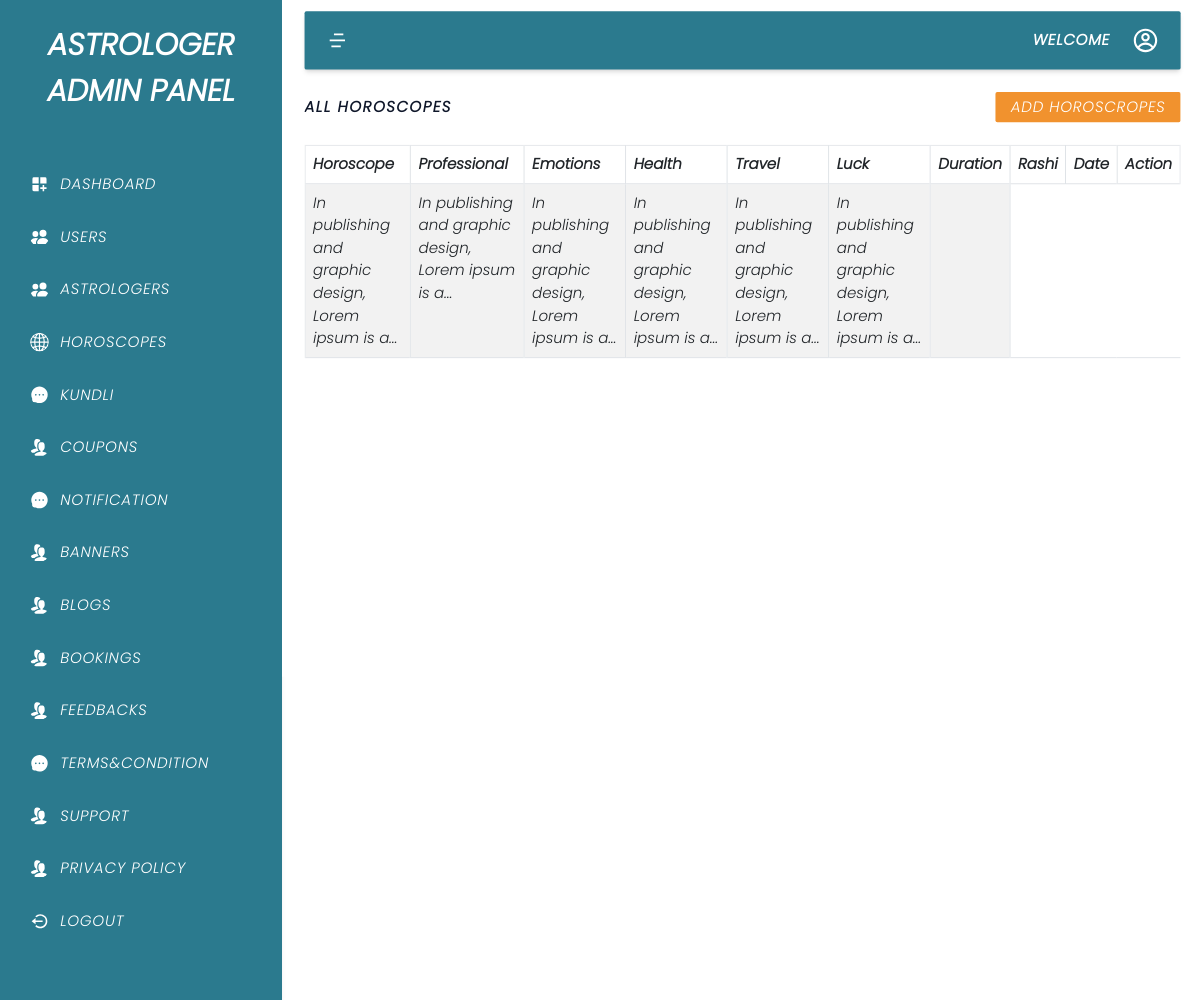
Repository: FlyweisReact/Hariom-Admin-Panel
Page: /horo
These files come from the project's save history. The page is drawn as it stood at one moment and after the next save; the edit follows.
The browser window is 1280 px wide. The pictures show the whole page, at 94% of full size.
The page's requests for data from a server got no answer. Some web libraries are served in a nearby version. The project was rebuilt for these pictures with package versions that can differ from the ones it lists, and the page was loaded fresh each time. No one was signed in, and anything a server would have sent is missing. Also part of the build but not shown: src/vendorPanel/forms/VendorLogin.jsx, src/vendorPanel/pages/AdminDiscount.js, src/vendorPanel/pages/AdminReview.js, src/vendorPanel/pages/Astrologers.js, src/vendorPanel/pages/Banners.js, src/vendorPanel/pages/Booking.js, src/vendorPanel/pages/Kundli.js, src/vendorPanel/pages/Message.js and 23 more.

Above is the page before, as saved 2023-04-18 13:22:32.

### public/index.html
<!-- @format -->

<!DOCTYPE html>
<html lang="en">
  <head>
    <meta charset="utf-8" />
    <meta name="viewport" content="width=device-width, initial-scale=1" />
    <meta name="theme-color" content="#000000" />
    <meta
      name="description"
      content="Web site created using create-react-app"
    />
    <link rel="apple-touch-icon" href="%PUBLIC_URL%/favicon.ico?v=2" />
    <link rel="manifest" href="%PUBLIC_URL%/manifest.json" />
    <link rel="preconnect" href="https://fonts.googleapis.com">
<link rel="preconnect" href="https://fonts.gstatic.com" crossorigin>
<link href="https://fonts.googleapis.com/css2?family=Roboto+Mono:ital,wght@1,300&display=swap" rel="stylesheet">
    <title>HariOm</title>
  </head>
  <body>
    <noscript>You need to enable JavaScript to run this app.</noscript>
    <div id="root"></div>
    <script src="https://code.jquery.com/jquery-3.6.0.min.js"></script>
    <script src="https://kit.fontawesome.com/b533b351e4.js" crossorigin="anonymous"></script>
  </body>
</html>

### src/index.js
import React from "react";
import ReactDOM from "react-dom/client";
import "./index.css";
import App from "./App";
import { BrowserRouter } from "react-router-dom";
import 'bootstrap/dist/css/bootstrap.min.css'

const root = ReactDOM.createRoot(document.getElementById("root"));
root.render(
  <React.StrictMode>
    <BrowserRouter>
      <App />
    </BrowserRouter>
  </React.StrictMode>
);

### src/index.css
/** @format */

@tailwind base;
@tailwind components;
@tailwind utilities;
@import url("https://fonts.googleapis.com/css2?family=Roboto+Mono:ital,wght@1,300&display=swap");
@font-face {
  font-family: Roboto;
  src: url("./Fonts/Poppins-LightItalic.ttf");
}
body {
  margin: 0;
  font-family: Roboto !important;
  -webkit-font-smoothing: antialiased;
  -moz-osx-font-smoothing: grayscale;
}

code {
  font-family: Roboto !important;
}

html {
  font-family: Roboto !important;
}

::-webkit-scrollbar {
  width: 10px;
}
.fa-trash {
  color: red;
  cursor: pointer;
}

.iCOn {

  transition: 0.5s;
  box-shadow: none;
  transform: scale(1);
}
.cardDiv{
  cursor: pointer;
}

.cardDiv:hover .iCOn{
  box-shadow: rgba(0, 0, 0, 0.35) 0px 5px 15px;
  transform: scale(1.3);
}

/* Track */
::-webkit-scrollbar-track {
  background: #f1f1f1;
}

/* Handle */
::-webkit-scrollbar-thumb {
  background: #888;
}

/* Handle on hover */
::-webkit-scrollbar-thumb:hover {
  background: #555;
}
.profileImage {
  width: 100px;
}
.fa-eye {
  color: #029aff;
  cursor: pointer;
}
.fa-edit {
  cursor: pointer;
  color: blue;
}

.View {
  border: 1px solid black;
  width: 100%;
  padding: 10px;
}

.main-card--container {
  display: grid;
  grid-template-columns: repeat(3, minmax(300px, 500px));
  grid-gap: 50px;
  justify-content: space-around;
}
.card-container {
  margin: 25px 0 auto;
  box-shadow: rgba(0, 0, 0, 0.35) 0px 5px 15px;
  position: relative;
  display: grid;
  grid-template-columns: 1fr;
  justify-content: space-around;
  align-items: flex-start;
}

.myEdit:focus {
  box-shadow: rgba(0, 0, 0, 0.35) 0px 5px 15px;
}



.AstroLogin{
  color: #fff;
  background-color: #2b7a8e;
  padding: 10px;
  width: 380px;
  text-align: center;
  font-size: 20px;
  background: linear-gradient(to left, #2b7a8e 50%, #fff 50%) right;
  background-size: 200%;
  transition: 0.5s ease-out;
  border: 1px solid #2b7a8e;
  margin-top: 10px;
  text-transform: uppercase;
}
.AstroLogin:hover {
  background-position: left;
  color: #2b7a8e;
}

.EcommerceAdminLogin{
  color: #fff;
  background-color: #19376d ;
  padding: 10px;
  width: 380px;
  text-align: center;
  font-size: 20px;
  background: linear-gradient(to left, #19376d 50%, #fff 50%) right;
  background-size: 200%;
  transition: 0.5s ease-out;
  border: 1px solid #19376d;
  margin-top: 10px;
  text-transform: uppercase;
}

.EcommerceAdminLogin:hover{
  background-position: left;
  color: #19376d;
}
.EcommerceVendorLogin{
  color: #fff;
  background-color: #576cbc;
  padding: 10px;
  width: 380px;
  text-align: center;
  font-size: 20px;
  background: linear-gradient(to left, #576cbc 50%, #fff 50%) right;
  background-size: 200%;
  transition: 0.5s ease-out;
  border: 1px solid #576cbc;
  margin-top: 10px;
  text-transform: uppercase;
}

.EcommerceVendorLogin:hover{
  background-position: left;
  color: #576cbc;
}

### src/vendorPanel/pages/Horoscope.js
/** @format */

import React, { useEffect, useState } from "react";
import HOC from "../layout/HOC";
import { Table, Modal, Form, Button } from "react-bootstrap";
import { toast } from "react-toastify";
import axios from "axios";

const Horoscope = () => {
  const [modalShow, setModalShow] = React.useState(false);
  const [edit, setEdit] = useState(false);

  const [data, setData] = useState([]);

  const fetchData = async () => {
    try {
      const { data } = await axios.get(
        "https://xlweh818ib.execute-api.ap-south-1.amazonaws.com/dev/horoscope"
      );
      setData(data)
    } catch (e) {
      console.log(e);
    }
  };


  useEffect(() => {
    fetchData()
  },[])

  function MyVerticallyCenteredModal(props) {
    return (
      <Modal
        {...props}
        size="lg"
        aria-labelledby="contained-modal-title-vcenter"
        centered
      >
        <Modal.Header closeButton>
          <Modal.Title
            id="contained-modal-title-vcenter"
            style={{ textTransform: "uppercase" }}
          >
            {" "}
            Add Horoscope
          </Modal.Title>
        </Modal.Header>
        <Modal.Body>
          {edit ? (
            <>
              <p className="View">
                {" "}
                <strong>Professional</strong> : In publishing and graphic
                design, Lorem ipsum is a placeholder text commonly used to
                demonstrate the visual form of a document or a typeface without
                relying on meaningful content. Lorem ipsum may be used as a
                placeholder before final copy is available{" "}
              </p>
              <p className="View">
                {" "}
                <strong>Emotions</strong> : In publishing and graphic design,
                Lorem ipsum is a placeholder text commonly used to demonstrate
                the visual form of a document or a typeface without relying on
                meaningful content. Lorem ipsum may be used as a placeholder
                before final copy is available{" "}
              </p>
              <p className="View">
                {" "}
                <strong>Health</strong> : In publishing and graphic design,
                Lorem ipsum is a placeholder text commonly used to demonstrate
                the visual form of a document or a typeface without relying on
                meaningful content. Lorem ipsum may be used as a placeholder
                before final copy is available{" "}
              </p>
              <p className="View">
                {" "}
                <strong>Finance</strong> : In publishing and graphic design,
                Lorem ipsum is a placeholder text commonly used to demonstrate
                the visual form of a document or a typeface without relying on
                meaningful content. Lorem ipsum may be used as a placeholder
                before final copy is available{" "}
              </p>
              <p className="View">
                {" "}
                <strong>Love</strong> : In publishing and graphic design, Lorem
                ipsum is a placeholder text commonly used to demonstrate the
                visual form of a document or a typeface without relying on
                meaningful content. Lorem ipsum may be used as a placeholder
                before final copy is available{" "}
              </p>
              <p className="View">
                {" "}
                <strong>Family</strong> : In publishing and graphic design,
                Lorem ipsum is a placeholder text commonly used to demonstrate
                the visual form of a document or a typeface without relying on
                meaningful content. Lorem ipsum may be used as a placeholder
                before final copy is available{" "}
              </p>
            </>
          ) : (
            <Form>
              <Form.Group className="mb-3">
                <Form.Label>Professional</Form.Label>
                <Form.Control type="text" />
              </Form.Group>
              <Form.Group className="mb-3">
                <Form.Label>Emotions</Form.Label>
                <Form.Control type="text" />
              </Form.Group>
              <Form.Group className="mb-3">
                <Form.Label>Health</Form.Label>
                <Form.Control type="text" />
              </Form.Group>
              <Form.Group className="mb-3">
                <Form.Label>Finance</Form.Label>
                <Form.Control type="text" />
              </Form.Group>
              <Form.Group className="mb-3">
                <Form.Label>Love</Form.Label>
                <Form.Control type="text" />
              </Form.Group>
              <Form.Group className="mb-3">
                <Form.Label>Family</Form.Label>
                <Form.Control type="text" />
              </Form.Group>
              <Button variant="outline-success" type="submit">
                Submit
              </Button>
            </Form>
          )}
        </Modal.Body>
      </Modal>
    );
  }

  const Lorem =
    "In publishing and graphic design, Lorem ipsum is a placeholder text commonly used to demonstrate the visual form of a document or a typeface without relying on meaningful content. Lorem ipsum may be used as a placeholder before final copy is available  ";

  return (
    <>
      <MyVerticallyCenteredModal
        show={modalShow}
        onHide={() => setModalShow(false)}
      />

      <section>
        <div className="pb-4 sticky top-0  w-full flex justify-between items-center bg-white">
          <span className="tracking-widest text-slate-900 font-semibold uppercase ">
            ALl Horoscopes
          </span>
          <button
            onClick={() => {
              setEdit(false);
              setModalShow(true);
            }}
            className="md:py-2 px-3 md:px-4 py-1 rounded-sm bg-[rgb(241,146,46)] text-white tracking-wider"
            style={{ textTransform: "uppercase" }}
          >
            Add Horoscropes
          </button>
        </div>

        <Table striped bordered hover>
          <thead>
            <tr>
              <th>Horoscope</th>
              <th>Professional</th>
              <th>Emotions</th>
              <th>Health</th>
              <th>Travel</th>
              <th>Luck</th>
              <th>Duration</th>
              <th>Rashi</th>
              <th>Date</th>
              <th>Action</th>
            </tr>
          </thead>
          <tbody>
          {data?.details?.map((i , index) => (
            <tr key={index}>
              <td> {i.horoScope} </td>
              <td> {i.PROFESSION} </td>
              <td> {i.EMOTIONS} </td>
              <td> {i.HEALTH} </td>
              <td> {i.TRAVEL} </td>
              <td> {i.LUCK} </td>
              <td> {i.duration} </td>
              <td> {i.rashi} </td>
              <td> {i.date} </td>
              <td><span className="d-flex gap-2">
                  <i
                    className="fa-solid fa-trash"
                    onClick={() =>
                      toast.success("Horoscope Deleted Successfully")
                    }
                  />
                  <i
                    className="fa-solid fa-eye"
                    onClick={() => {
                      setEdit(true);
                      setModalShow(true);
                    }}
                  />
                </span>

              </td>
            </tr>
          ))}
            <tr>
              <td> {Lorem.substring(0, 50) + "..."} </td>
              <td> {Lorem.substring(0, 50) + "..."} </td>
              <td> {Lorem.substring(0, 50) + "..."} </td>
              <td> {Lorem.substring(0, 50) + "..."} </td>
              <td> {Lorem.substring(0, 50) + "..."} </td>
              <td> {Lorem.substring(0, 50) + "..."} </td>
              <td>

              </td>
            </tr>
          </tbody>
        </Table>
      </section>
    </>
  );
};

export default HOC(Horoscope);

### src/vendorPanel/layout/HOC.jsx
import React, { useState } from "react";
import Navbar from "./Navbar";
import Sidebar from "./Sidebar";

const HOC = (Wcomponenet) => {
  return function Component() {
    const [hamb, setHamb] = useState(false);
    return (
      <>
        <section className="flex overflow-x-hidden relative">
          {/* Sidebar */}
          <div
            className={
              hamb
                ? " absolute top-0 z-30 md:w-auto shadow-md bg-slate-200  w-60 transition-all md:-left-full left duration-150  h-auto overflow-y-auto  left-0 "
                : " md:w-72 z-30 bg-slate-200  shadow-md  md:static absolute top-0 -left-full   transition-all duration-150  overflow-y-auto h-auto"
            }
            style={{minWidth : '300px'}}
          >
            <Sidebar hamb={hamb} setHamb={setHamb} />
          </div>
          {/* Components & Navbar */}
          <div
            className={
              hamb
                ? " transition-all px-4 py-2  bg-white duration-150 w-full h-screen"
                : " w-full h-screen  px-4 py-2  bg-white z-50 transition-all duration-150 "
            }
          >
            <Navbar hamb={hamb} setHamb={setHamb} />
            <div className="my-6 text-#000 h-[87%] wcomp overflow-y-auto">
              <Wcomponenet />
            </div>
          </div>
        </section>
      </>
    );
  };
};

export default HOC;

### src/vendorPanel/layout/Navbar.jsx
/** @format */

import { RiMenu4Line } from "react-icons/ri";
import { CgProfile } from "react-icons/cg";
import Form from "react-bootstrap/Form";
import { useState } from "react";
import Button from "react-bootstrap/Button";
import Modal from "react-bootstrap/Modal";
import Container from "react-bootstrap/Container";

function MyVerticallyCenteredModal(props) {
  return (
    <Modal
      {...props}
      size="lg"
      aria-labelledby="contained-modal-title-vcenter"
      centered
    >
      <Modal.Header closeButton>
        <Modal.Title id="contained-modal-title-vcenter">
          Edit Profile
        </Modal.Title>
      </Modal.Header>
      <Modal.Body>
        <Container style={{ width: "600px" }}>
          <Form>
            <Form.Group className="mb-3" controlId="formBasicEmail">
              <Form.Label>Name</Form.Label>
              <Form.Control type="text" placeholder="Admin" />
            </Form.Group>
            <Form.Group className="mb-3" controlId="formBasicPassword">
              <Form.Label>Email Address</Form.Label>
              <Form.Control type="email" placeholder="admin@gmail.com" />
            </Form.Group>
            <Form.Group className="mb-3" controlId="formBasicPassword">
              <Form.Label>Password</Form.Label>
              <Form.Control type="password" placeholder="Password" />
            </Form.Group>
            <Button variant="outline-success" type="submit">
              Edit
            </Button>
          </Form>
        </Container>
      </Modal.Body>
    </Modal>
  );
}

const Navbar = ({ hamb, setHamb }) => {
  const [modalShow, setModalShow] = useState(false);

  return (
    <>
      <MyVerticallyCenteredModal
        show={modalShow}
        onHide={() => setModalShow(false)}
      />

      <div
        className={
          hamb
            ? "flex  w-full justify-between  my-1 rounded-sm  p-4 py-3 shadow-md items-center  bg-slate-200 space-x-4"
            : "flex  w-full justify-between my-1 rounded-sm  p-4 py-3 shadow-md items-center  bg-slate-200 space-x-4"
        }
        style={{backgroundColor : '#2b7a8e'}}
      >
        <RiMenu4Line
          onClick={() => setHamb(!hamb)}
          className="text-2xl font-bold text-gray-900 hover:scale-90 cursor-pointer"
          style={{color : '#fff'}}
        />

        <section className="flex sm:ml-auto justify-end sm:w-full items-center space-x-2  pr-2">
          <figcaption className="tracking-wider pl-1 font-semibold">
            <div className="lg:text-base text-sm text-gray-900  uppercase"    style={{color : '#fff'}}>
              Welcome
            </div>
          </figcaption>
        </section>

        <CgProfile
          onClick={() => setModalShow(true)}
          className="text-2xl sm:text-3xl font-bold text-[rgb(241,146,46)] cursor-pointer"
          style={{color : '#fff'}}
        />
      </div>
    </>
  );
};

export default Navbar;

### src/vendorPanel/layout/Sidebar.jsx
/** @format */

import React from "react";
import { RiCloseLine } from "react-icons/ri";
import { Link, useNavigate } from "react-router-dom";
import { BsFillPeopleFill } from "react-icons/bs";
import { ImUsers } from "react-icons/im";
import { BiLogOutCircle } from "react-icons/bi";
import { MdDashboardCustomize } from "react-icons/md";
import { BsGlobe2 } from "react-icons/bs";
import { AiFillMessage } from "react-icons/ai";

const Sidebar = ({ hamb, setHamb }) => {
  const navigate = useNavigate();

  const nav = [
    {
      icon: <MdDashboardCustomize className="text-xl mr-3 rounded-full " />,
      link: "/vendorDashboard",
      name: "DASHBOARD",
    },
    {
      icon: <BsFillPeopleFill className="text-xl mr-3 rounded-full " />,
      link: "/admin/users",
      name: "USERS",
    },
    {
      icon: <BsFillPeopleFill className="text-xl mr-3 rounded-full " />,
      link: "/astro",
      name: "ASTROLOGERS",
    },
    {
      icon: <BsGlobe2 className="text-xl mr-3 rounded-full " />,
      link: "/horo",
      name: " HOROSCOPES",
    },
    {
      icon: <AiFillMessage className="text-xl mr-3 rounded-full " />,
      link: "/kundli",
      name: "KUNDLI",
    },

    {
      icon: <ImUsers className="text-xl mr-3 rounded-full " />,
      link: "/AdminDiscount",
      name: "COUPONS",
    },


    {
      icon: <AiFillMessage className="text-xl mr-3 rounded-full " />,
      link: "/msg",
      name: "NOTIFICATION",
    },
    {
      icon: <ImUsers className="text-xl mr-3 rounded-full " />,
      link: "/Banners",
      name: "BANNERS",
    },
    {
      icon: <ImUsers className="text-xl mr-3 rounded-full " />,
      link: "/admin/blogs",
      name: "BLOGS",
    },
    {
      icon: <ImUsers className="text-xl mr-3 rounded-full " />,
      link: "/book",
      name: "BOOKINGS",
    },
    {
      icon: <ImUsers className="text-xl mr-3 rounded-full " />,
      link: "/adminReviews",
      name: "FEEDBACKS",
    },
    {
      icon: <AiFillMessage className="text-xl mr-3 rounded-full " />,
      link: "/admin/terms",
      name: "TERMS&CONDITION",
    },
    {
      icon: <ImUsers className="text-xl mr-3 rounded-full " />,
      link: "/admin/support",
      name: "SUPPORT",
    },
    {
      icon: <ImUsers className="text-xl mr-3 rounded-full " />,
      link: "/privacy-policy",
      name: "PRIVACY POLICY",
    },

  ];

  const logOut = () => {
    navigate("/");
  };

  return (
    <>
      <aside
        className="p-4 h-auto"
        style={{ backgroundColor: "#2b7a8e", minHeight: "100vh" }}
      >
        {/* Top */}
        <div className="w-full md:hidden relative  p-2 mb-4">
          <RiCloseLine
            onClick={() => setHamb(!hamb)}
            className="text-3xl  absolute top-2 sm:hover:rotate-[228deg] transition-transform font-bold right-2 sm:hover:text-[22px] text-[rgb(241,146,46)] cursor-pointer"
          />
        </div>{" "}
        <figure className="flex  flex-col items-center">
          <span className="font-bold text-[#fff]" style={{ fontSize: "2rem"  , textAlign : 'center'}}>
          ASTROLOGER  ADMIN PANEL
          </span>
        </figure>
        <nav className="py-6">
          {nav.map((nav) => {
            return (
              <Link
                to={nav.link}
                key={nav.name}
                className=""
                style={{ textDecoration: "none" }}
              >
                <span
                  className="flex my-3 items-center cursor-pointer text-gray-900    tracking-wider p-2 rounded-sm"
                  style={{ color: "#fff" }}
                >
                  {nav.icon} {nav.name}
                </span>
              </Link>
            );
          })}
          <span
            className="flex my-3 items-center cursor-pointer text-gray-900    tracking-wider p-2 rounded-sm"
            onClick={() => logOut()}
            style={{ color: "#fff", textTransform : 'uppercase' }}
          >
            <BiLogOutCircle className="text-xl mr-3 rounded-full " /> LogOut
          </span>
        </nav>
      </aside>
    </>
  );
};

export default Sidebar;

Loaded but not shown: tailwind.config.js (common file); src/App.js (79 lines, source omitted)

After the next save:
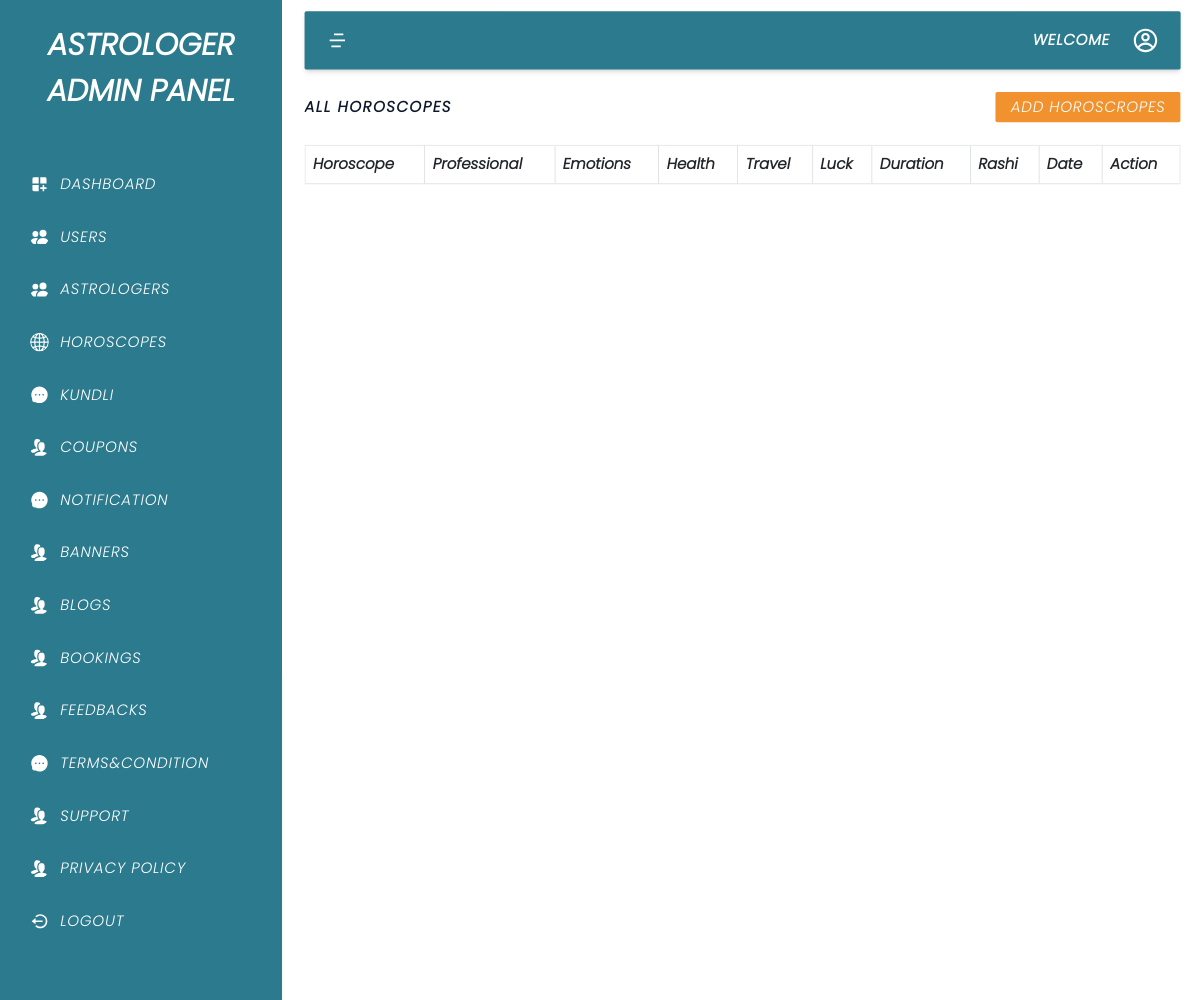
Saved 5 s later.
--- a/src/vendorPanel/pages/Horoscope.js
+++ b/src/vendorPanel/pages/Horoscope.js
@@ -206,17 +206,7 @@ const Horoscope = () => {
               </td>
             </tr>
           ))}
-            <tr>
-              <td> {Lorem.substring(0, 50) + "..."} </td>
-              <td> {Lorem.substring(0, 50) + "..."} </td>
-              <td> {Lorem.substring(0, 50) + "..."} </td>
-              <td> {Lorem.substring(0, 50) + "..."} </td>
-              <td> {Lorem.substring(0, 50) + "..."} </td>
-              <td> {Lorem.substring(0, 50) + "..."} </td>
-              <td>
-
-              </td>
-            </tr>
+
           </tbody>
         </Table>
       </section>
